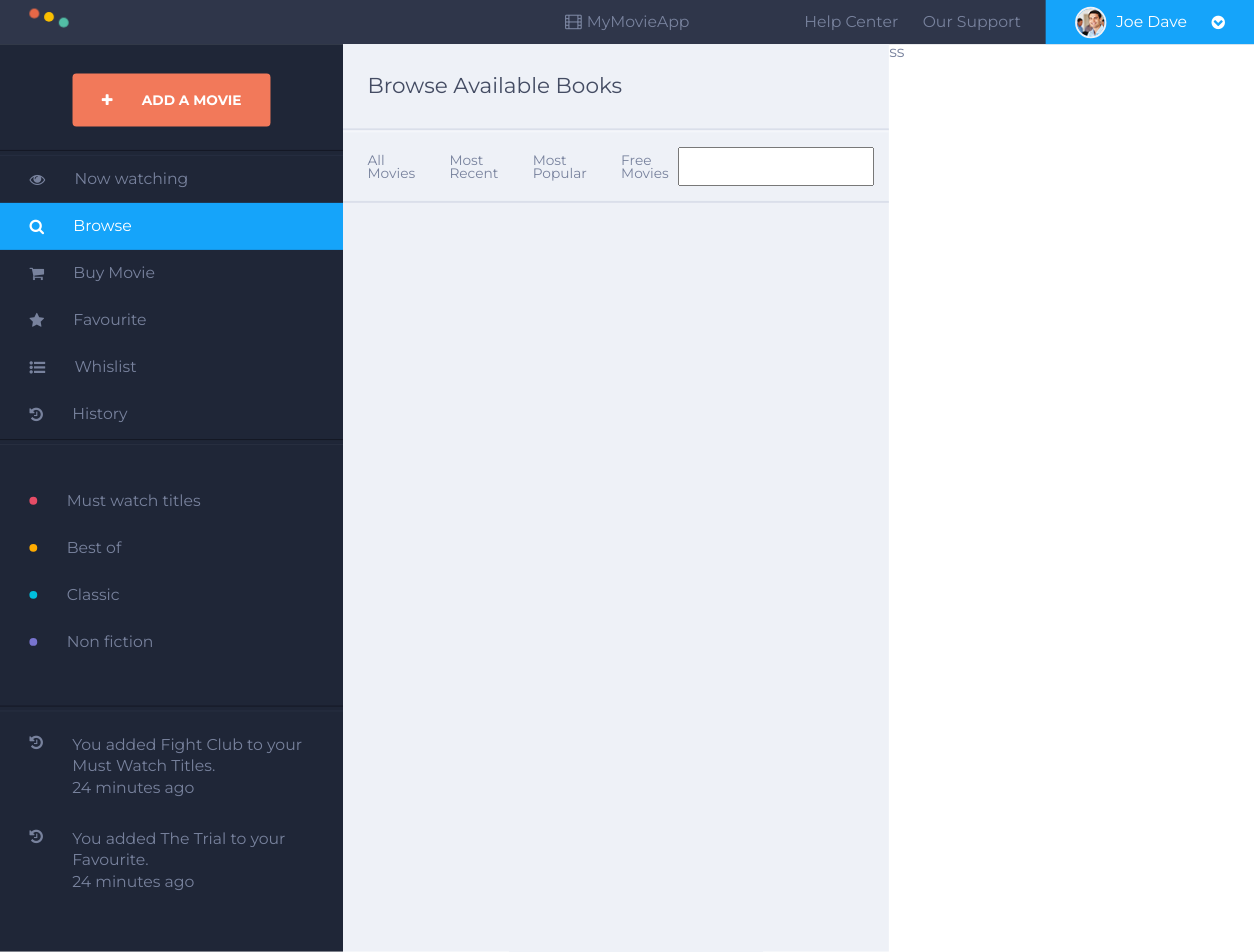
Repository: zyng/movie
Page: /
The author's editor kept a copy of each file at every save. The page is drawn from the files as they stood at one save, then again after the next save.
The browser window is 1280 px wide. The pictures show the whole page, at 98% of full size.
Some web libraries are served in a nearby version. The project was rebuilt for these pictures with package versions that can differ from the ones it lists, and the page was loaded fresh each time.

Above is the page before, as saved 2019-01-16 23:48:27.

### public/index.html
<!DOCTYPE html>
<html lang="en">

<head>
  <meta charset="UTF-8">
  <meta name="viewport" content="width=device-width, initial-scale=1.0">
  <meta http-equiv="X-UA-Compatible" content="ie=edge">
  <title>Document</title>
  <!-- <link rel="stylesheet" href="https://maxcdn.bootstrapcdn.com/bootstrap/4.0.0/css/bootstrap.min.css" integrity="sha384-Gn5384xqQ1aoWXA+058RXPxPg6fy4IWvTNh0E263XmFcJlSAwiGgFAW/dAiS6JXm"
    crossorigin="anonymous"> -->

  <link href="https://fonts.googleapis.com/css?family=Montserrat:400,700&amp;subset=latin-ext" rel="stylesheet">

</head>

<body>
  <div id="root"></div>





  <script src="https://code.jquery.com/jquery-3.2.1.slim.min.js" integrity="sha384-KJ3o2DKtIkvYIK3UENzmM7KCkRr/rE9/Qpg6aAZGJwFDMVNA/GpGFF93hXpG5KkN"
    crossorigin="anonymous"></script>
  <script src="https://cdnjs.cloudflare.com/ajax/libs/popper.js/1.12.9/umd/popper.min.js" integrity="sha384-ApNbgh9B+Y1QKtv3Rn7W3mgPxhU9K/ScQsAP7hUibX39j7fakFPskvXusvfa0b4Q"
    crossorigin="anonymous"></script>
  <script src="https://maxcdn.bootstrapcdn.com/bootstrap/4.0.0/js/bootstrap.min.js" integrity="sha384-JZR6Spejh4U02d8jOt6vLEHfe/JQGiRRSQQxSfFWpi1MquVdAyjUar5+76PVCmYl"
    crossorigin="anonymous"></script>
</body>

</html>

### src/index.js
import React from 'react';
import ReactDOM from 'react-dom';
import App from './components/App';
import 'bootstrap/dist/css/bootstrap.min.css';
import './css/style.css';
import 'font-awesome/css/font-awesome.min.css';
import * as serviceWorker from './serviceWorker';

ReactDOM.render(<App />, document.getElementById('root'));

serviceWorker.unregister();

### src/components/App.js
import React, { Component } from 'react';

import Header from './Header/Header';
import Navigation from './Navigation/Navigation';
import MainContent from './Main/Main';


class App extends Component {


  render() {
    return (
      <>
        <Header />

        <main>
          <Navigation />
          <MainContent />
        </main>

      </>
    );
  }
}

export default App;

### src/css/style.css
/* http://meyerweb.com/eric/tools/css/reset/
   v2.0 | 20110126
   License: none (public domain)
*/
html, body, div, span, applet, object, iframe, h1, h2, h3, h4, h5, h6, p, blockquote, pre, a, abbr, acronym, address, big, cite, code, del, dfn, em, img, ins, kbd, q, s, samp, small, strike, strong, sub, sup, tt, var, b, u, i, center, dl, dt, dd, ol, ul, li, fieldset, form, label, legend, table, caption, tbody, tfoot, thead, tr, th, td, article, aside, canvas, details, embed, figure, figcaption, footer, header, hgroup, menu, nav, output, ruby, section, summary, time, mark, audio, video { margin: 0; padding: 0; border: 0; font-size: 100%; font: inherit; vertical-align: baseline; }

/* HTML5 display-role reset for older browsers */
article, aside, details, figcaption, figure, footer, header, hgroup, menu, nav, section { display: block; }

body { line-height: 1; }

ol, ul { list-style: none; }

blockquote, q { quotes: none; }

blockquote:before, blockquote:after { content: ''; content: none; }

q:before, q:after { content: ''; content: none; }

table { border-collapse: collapse; border-spacing: 0; }

.header { display: -webkit-box; display: -ms-flexbox; display: flex; height: 45px; background-color: #2f364a; -webkit-box-align: center; -ms-flex-align: center; align-items: center; }

.header__logo { position: absolute; left: 30px; display: -webkit-box; display: -ms-flexbox; display: flex; }

.header__logo div { width: 10px; height: 10px; border-radius: 5px; -webkit-animation: jump .6s infinite; animation: jump .6s infinite; }

.header__logo div:not(:last-child) { margin-right: 5px; }

.header__logo .header__logo--red { background-color: #e76847; }

.header__logo .header__logo--yellow { background-color: #fabf00; -webkit-animation-delay: .1s; animation-delay: .1s; }

.header__logo .header__logo--green { background-color: #52bea6; -webkit-animation-delay: .2s; animation-delay: .2s; }

.header__title { position: absolute; left: 50%; -webkit-transform: translateX(-50%); -ms-transform: translateX(-50%); transform: translateX(-50%); }

.header__title i { margin-right: 5px; }

.header__title i:before { font-size: 16px; }

@media screen and (max-width: 1279px) { .header__title { position: static; margin-left: 140px; } }

.header__nav { position: absolute; right: 0; display: -webkit-box; display: -ms-flexbox; display: flex; -webkit-box-align: center; -ms-flex-align: center; align-items: center; }

.header__nav a { text-decoration: none; }

.header__nav > a { color: #78829d; position: relative; }

.header__nav > a:hover::after { content: ''; position: absolute; top: 50%; -webkit-transform: translateY(-50%); -ms-transform: translateY(-50%); transform: translateY(-50%); right: -15px; width: 8px; height: 8px; border-radius: 50%; background-color: rgba(25, 32, 46, 0.7); }

.header__nav .profile { padding: 0 30px; background-color: #15a4fa; height: 45px; display: -webkit-box; display: -ms-flexbox; display: flex; -webkit-box-align: center; -ms-flex-align: center; align-items: center; }

.header__nav .profile a { display: -webkit-box; display: -ms-flexbox; display: flex; -webkit-box-align: center; -ms-flex-align: center; align-items: center; }

.header__nav .profile__logo { width: 32px; height: 32px; border-radius: 16px; border: 2px solid #eef1f7; margin-right: 10px; }

.header__nav .profile__logo img { -o-object-fit: cover; object-fit: cover; width: 100%; height: 100%; border-radius: 50%; }

.header__nav .profile__name { color: #fff; }

.header__nav .profile i { margin-left: 25px; color: #fff; }

.header__nav > a { margin-right: 25px; }

@-webkit-keyframes jump { 0% { -webkit-transform: translateY(0); transform: translateY(0); }
  50% { -webkit-transform: translateY(-10px); transform: translateY(-10px); }
  100% { -webkit-transform: translateY(0); transform: translateY(0); } }

@keyframes jump { 0% { -webkit-transform: translateY(0); transform: translateY(0); }
  50% { -webkit-transform: translateY(-10px); transform: translateY(-10px); }
  100% { -webkit-transform: translateY(0); transform: translateY(0); } }

.menu { left: 0; background-color: #1f2637; min-height: 100vh; max-width: 350px; }

.menu__new-movie { display: -webkit-box; display: -ms-flexbox; display: flex; -webkit-box-pack: center; -ms-flex-pack: center; justify-content: center; -webkit-box-align: center; -ms-flex-align: center; align-items: center; padding: 30px 0; position: relative; }

.menu__new-movie button { min-width: 200px; padding: 20px 30px; border-radius: 4px; background-color: #f2795a; border: none; outline: none; color: #fff; text-transform: uppercase; font-weight: 700; font-size: 14px; }

.menu__new-movie button i { margin-right: 30px; }

.menu__new-movie button:hover { cursor: pointer; }

.menu__new-movie::after { content: ''; height: 6px; width: 100%; position: absolute; bottom: 0; border-bottom: 1px solid rgba(120, 130, 157, 0.1); border-top: 1px solid #141824; }

.menu__movie-search { display: -webkit-box; display: -ms-flexbox; display: flex; -webkit-box-orient: vertical; -webkit-box-direction: normal; -ms-flex-direction: column; flex-direction: column; padding: 0; position: relative; -webkit-box-sizing: border-box; box-sizing: border-box; }

.menu__movie-search a { height: 48px; width: 100%; display: -webkit-box; display: -ms-flexbox; display: flex; -webkit-box-align: center; -ms-flex-align: center; align-items: center; padding-left: 30px; }

.menu__movie-search a.active { background-color: #15a4fa; color: #fff; }

.menu__movie-search a:hover:not(.active) { background-color: #2f364a; color: #fff; }

.menu__movie-search i { margin-right: 30px; }

.menu__movie-search::after { content: ''; height: 6px; width: 100%; position: absolute; bottom: -7px; border-bottom: 1px solid rgba(120, 130, 157, 0.1); border-top: 1px solid #141824; }

.menu__personal-categories { display: -webkit-box; display: -ms-flexbox; display: flex; -webkit-box-orient: vertical; -webkit-box-direction: normal; -ms-flex-direction: column; flex-direction: column; position: relative; padding: 40px 0; -webkit-box-sizing: border-box; box-sizing: border-box; }

.menu__personal-categories a { padding-left: 30px; display: -webkit-box; display: -ms-flexbox; display: flex; -webkit-box-align: center; -ms-flex-align: center; align-items: center; height: 48px; }

.menu__personal-categories a::before { content: ''; width: 8px; height: 8px; position: relative; border-radius: 50%; display: block; margin-right: 30px; }

.menu__personal-categories a:nth-child(1)::before { background-color: #e64c66; }

.menu__personal-categories a:nth-child(2)::before { background-color: #ffab00; }

.menu__personal-categories a:nth-child(3)::before { background-color: #00bfdd; }

.menu__personal-categories a:nth-child(4)::before { background-color: #7874cf; }

.menu__personal-categories a:hover { background-color: #2f364a; }

.menu__personal-categories::after { content: ''; height: 6px; width: 100%; position: absolute; bottom: -7px; border-bottom: 1px solid rgba(120, 130, 157, 0.1); border-top: 1px solid #141824; }

.menu__history { display: -webkit-box; display: -ms-flexbox; display: flex; -webkit-box-orient: vertical; -webkit-box-direction: normal; -ms-flex-direction: column; flex-direction: column; padding: 30px; }

.menu__history .history__notification { display: -webkit-box; display: -ms-flexbox; display: flex; margin-bottom: 30px; font-weight: 300; }

.menu__history .history__notification i { margin-right: 30px; }

.menu__history .history__notification .notification__description { display: -webkit-box; display: -ms-flexbox; display: flex; -webkit-box-orient: vertical; -webkit-box-direction: normal; -ms-flex-direction: column; flex-direction: column; line-height: 22px; }

.menu__history .history__notification .notification__description span { font-weight: 500; }

.main__content { width: 100%; }

.main__header { background-color: #eef1f7; }

.main__header .main__title { font-size: 22px; line-height: 26px; color: #444c63; padding: 30px 0 30px 25px; border-bottom: 2px solid #dadfea; }

.main__actions-bar { padding: 15px; border-top: 2px solid #f4f6fa; display: -webkit-box; display: -ms-flexbox; display: flex; -webkit-box-pack: justify; -ms-flex-pack: justify; justify-content: space-between; border-bottom: 2px solid #dadfea; }

.main__actions-bar .main__filters { display: -webkit-box; display: -ms-flexbox; display: flex; }

.main__actions-bar .main__filters li:not(:last-child) { margin-right: 15px; }

.main__actions-bar .main__filters li { font-size: 14px; font-weight: 500; padding: 6px 10px; -webkit-transition: background-color .3s; -o-transition: background-color .3s; transition: background-color .3s; display: -webkit-box; display: -ms-flexbox; display: flex; -webkit-box-align: center; -ms-flex-align: center; align-items: center; border-radius: 10px; }

.main__actions-bar .main__filters li.active, .main__actions-bar .main__filters li:hover { cursor: pointer; background-color: #97b3ce; color: #fff; }

.main__actions-bar label { position: relative; }

.main__actions-bar label input { padding: 8px 15px; width: 200px; border-radius: 16px; background-color: #ffffff; border: 1px solid rgba(140, 151, 178, 0.4); font-size: 14px; -o-text-overflow: ellipsis; text-overflow: ellipsis; padding-right: 50px; -webkit-transition: width .3s; -o-transition: width .3s; transition: width .3s; }

.main__actions-bar label input::-webkit-input-placeholder { /* Chrome, Firefox, Opera, Safari 10.1+ */ color: #8c97b2; opacity: 1; /* Firefox */ }

.main__actions-bar label input:-ms-input-placeholder { /* Chrome, Firefox, Opera, Safari 10.1+ */ color: #8c97b2; opacity: 1; /* Firefox */ }

.main__actions-bar label input::-ms-input-placeholder { /* Chrome, Firefox, Opera, Safari 10.1+ */ color: #8c97b2; opacity: 1; /* Firefox */ }

.main__actions-bar label input::placeholder { /* Chrome, Firefox, Opera, Safari 10.1+ */ color: #8c97b2; opacity: 1; /* Firefox */ }

.main__actions-bar label input:-ms-input-placeholder { /* Internet Explorer 10-11 */ color: #8c97b2; }

.main__actions-bar label input::-ms-input-placeholder { /* Microsoft Edge */ color: #8c97b2; }

.main__actions-bar label input:focus { outline: none; width: 400px; }

.main__actions-bar label i { position: absolute; right: 10px; top: 50%; -webkit-transform: translateY(-50%); -ms-transform: translateY(-50%); transform: translateY(-50%); }

.movies { display: -webkit-box; display: -ms-flexbox; display: flex; -ms-flex-wrap: wrap; flex-wrap: wrap; width: 100%; padding: 30px 0 0 30px; }

.movie { margin-right: 2%; margin-bottom: 2%; width: 18%; }

.movie__content { position: relative; overflow: hidden; }

.movie__content img { width: 100%; height: 400px; -o-object-fit: cover; object-fit: cover; }

.movie__content .movie__rate { display: -webkit-box; display: -ms-flexbox; display: flex; -webkit-box-orient: vertical; -webkit-box-direction: normal; -ms-flex-direction: column; flex-direction: column; position: absolute; bottom: 10%; left: 50%; -webkit-transform: translateX(-50%); -ms-transform: translateX(-50%); transform: translateX(-50%); width: 100%; -webkit-box-pack: center; -ms-flex-pack: center; justify-content: center; -webkit-box-align: center; -ms-flex-align: center; align-items: center; }

.movie__content .movie__rate span { font-weight: 700; color: #fff; margin-bottom: 10px; }

.movie__content:hover .movie__actions { display: block; }

.movie__content:hover .movie__action a { -webkit-animation: entry .6s; animation: entry .6s; -webkit-animation-fill-mode: forwards; animation-fill-mode: forwards; }

.movie__content:hover .movie__action:nth-child(2) a { -webkit-animation-delay: .2s; animation-delay: .2s; }

.movie__content:hover .movie__action:nth-child(3) a { -webkit-animation-delay: .4s; animation-delay: .4s; }

.movie__content:hover .movie__action:nth-child(4) a { -webkit-animation-delay: .6s; animation-delay: .6s; }

.movie__content .movie__actions { position: absolute; top: 0; left: 0; width: 100%; height: 100%; z-index: 1; display: none; }

.movie__content .movie__actions .movie__add { position: absolute; top: 10px; left: 20px; display: -webkit-box; display: -ms-flexbox; display: flex; -webkit-box-orient: vertical; -webkit-box-direction: normal; -ms-flex-direction: column; flex-direction: column; }

.movie__content .movie__actions .movie__goto { position: absolute; top: 60%; left: 50%; -webkit-transform: translate(-50%, -50%); -ms-transform: translate(-50%, -50%); transform: translate(-50%, -50%); border: 1px solid #78829d; background-color: #2f364a; border-radius: 10px; padding: 7px 25px; white-space: nowrap; -webkit-transition: .3s all; -o-transition: .3s all; transition: .3s all; font-weight: 700; }

.movie__content .movie__actions .movie__goto:hover { background-color: #fff; color: #2f364a; }

.movie__content .movie__action { -webkit-box-align: center; -ms-flex-align: center; align-items: center; margin-bottom: 25px; cursor: pointer; display: -webkit-box; display: -ms-flexbox; display: flex; position: relative; }

.movie__content .movie__action:nth-child(1) a { background-color: #e64c66; }

.movie__content .movie__action:nth-child(2) a { background-color: #ffab00; }

.movie__content .movie__action:nth-child(3) a { background-color: #00bfdd; }

.movie__content .movie__action:nth-child(4) a { background-color: #7874cf; }

.movie__content .movie__action a { display: block; width: 20px; height: 20px; border-radius: 50%; margin-right: 20px; position: relative; left: -50px; }

.movie__content .movie__action:hover span { width: 160px; }

.movie__content .movie__action span { width: 0; overflow: hidden; color: #fff; -webkit-transition: .3s all; -o-transition: .3s all; transition: .3s all; white-space: nowrap; font-weight: 500; }

.movie__content:hover::after { content: ''; position: absolute; top: 0; left: 0; width: 100%; height: 100%; background-color: rgba(0, 0, 0, 0.7); }

.movie__description { display: -webkit-box; display: -ms-flexbox; display: flex; -webkit-box-pack: justify; -ms-flex-pack: justify; justify-content: space-between; padding-top: 15px; }

.movie__title-category { display: -webkit-box; display: -ms-flexbox; display: flex; -webkit-box-orient: vertical; -webkit-box-direction: normal; -ms-flex-direction: column; flex-direction: column; }

.movie__title-category .movie__title { font-weight: 700; margin-bottom: 8px; }

.movie__title-category .movie__category { font-weight: 100; }

.movie .movie__rating { font-weight: 700; font-size: 30px; margin-right: 10px; color: #f2795a; }

@-webkit-keyframes entry { 0% { left: -50px; }
  100% { left: 0; } }

@keyframes entry { 0% { left: -50px; }
  100% { left: 0; } }

body { color: #78829d; font-family: "Montserrat", sans-serif; font-size: 16px; }

a { color: #78829d; }

a:hover { color: #78829d; text-decoration: none; }

main { display: -webkit-box; display: -ms-flexbox; display: flex; }

### src/components/Header/Header.js
import React, { Component } from 'react';
import avatar from '../../img/avatar-01.png';

class Header extends Component {




    render() {
        return (
            <header class='header'>
                <a href="/" className="header__logo">
                    <div className="header__logo--red"></div>
                    <div className="header__logo--yellow"></div>
                    <div className="header__logo--green"></div>
                </a>
                <div className="header__title">
                    <i className="fa fa-film"></i>
                    <span>MyMovieApp</span>
                </div>
                <nav className="header__nav">
                    <a href="/">Help Center</a>
                    <a href="/">Our Support</a>
                    <div className="profile">
                        <a href="/">
                            <div className="profile__logo"><img src={avatar} alt="user avatar" /></div>
                            <div className="profile__name">Joe Dave</div>
                            <i class="fa fa-chevron-circle-down"></i>
                        </a>
                    </div>
                </nav>

            </header>
        );
    }
}

export default Header;

### src/components/Navigation/Navigation.js
import React, { Component } from 'react';


class Navigation extends Component {


    render() {
        return (
            <aside class="menu">
                <div className="menu__new-movie">
                    <button><i class="fa fa-plus"></i>Add a movie</button>
                </div>
                <nav class="menu__movie-search">
                    <a href="/"><i class="fa fa-eye"></i>Now watching</a>
                    <a href="/" class="active"><i class="fa fa-search"></i>Browse</a>
                    <a href="/"><i class="fa fa-shopping-cart"></i>Buy Movie</a>
                    <a href="/"><i class="fa fa-star"></i>Favourite</a>
                    <a href="/"><i class="fa fa-list-ul"></i>Whislist</a>
                    <a href="/"><i class="fa fa-history"></i>History</a>
                </nav>

                <div class="menu__personal-categories">
                    <a href="/">Must watch titles</a>
                    <a href="/">Best of</a>
                    <a href="/">Classic</a>
                    <a href="/">Non fiction</a>
                </div>

                <div className="menu__history">
                    <div className="history__notification">
                        <i class="fa fa-history"></i>
                        <div className="notification__description">
                            <div className="notification__text">You added <span>Fight Club</span> to your <span>Must Watch Titles</span>.</div>
                            <div className="notification__time">24 minutes ago</div>
                        </div>
                    </div>
                    <div className="history__notification">
                        <i class="fa fa-history"></i>
                        <div className="notification__description">
                            <div className="notification__text">You added <span>The Trial</span> to your <span>Favourite</span>.</div>
                            <div className="notification__time">24 minutes ago</div>
                        </div>
                    </div>
                </div>
            </aside>
        );
    }
}

export default Navigation;

### src/components/Main/Main.js
import React, { Component } from 'react';

class MainContent extends Component {



    render() {
        return (


            <main>


                <header className="main__header">
                    <div className="main__title">Browse Available Books</div>
                    <div className="main__actions-bar">
                        <ul className="main__filters">
                            <li>All Movies</li>
                            <li>Most Recent</li>
                            <li>Most Popular</li>
                            <li>Free Movies</li>
                        </ul>
                        <input type="text" className="main__movie-search" />
                    </div>
                </header>

                <section className="main__content">

                    <div className="main__movies">

                        ss
                    </div>

                </section>
            </main>



        );
    }
}

export default MainContent;

Loaded but not shown: src/serviceWorker.js (common file)

After the next save:
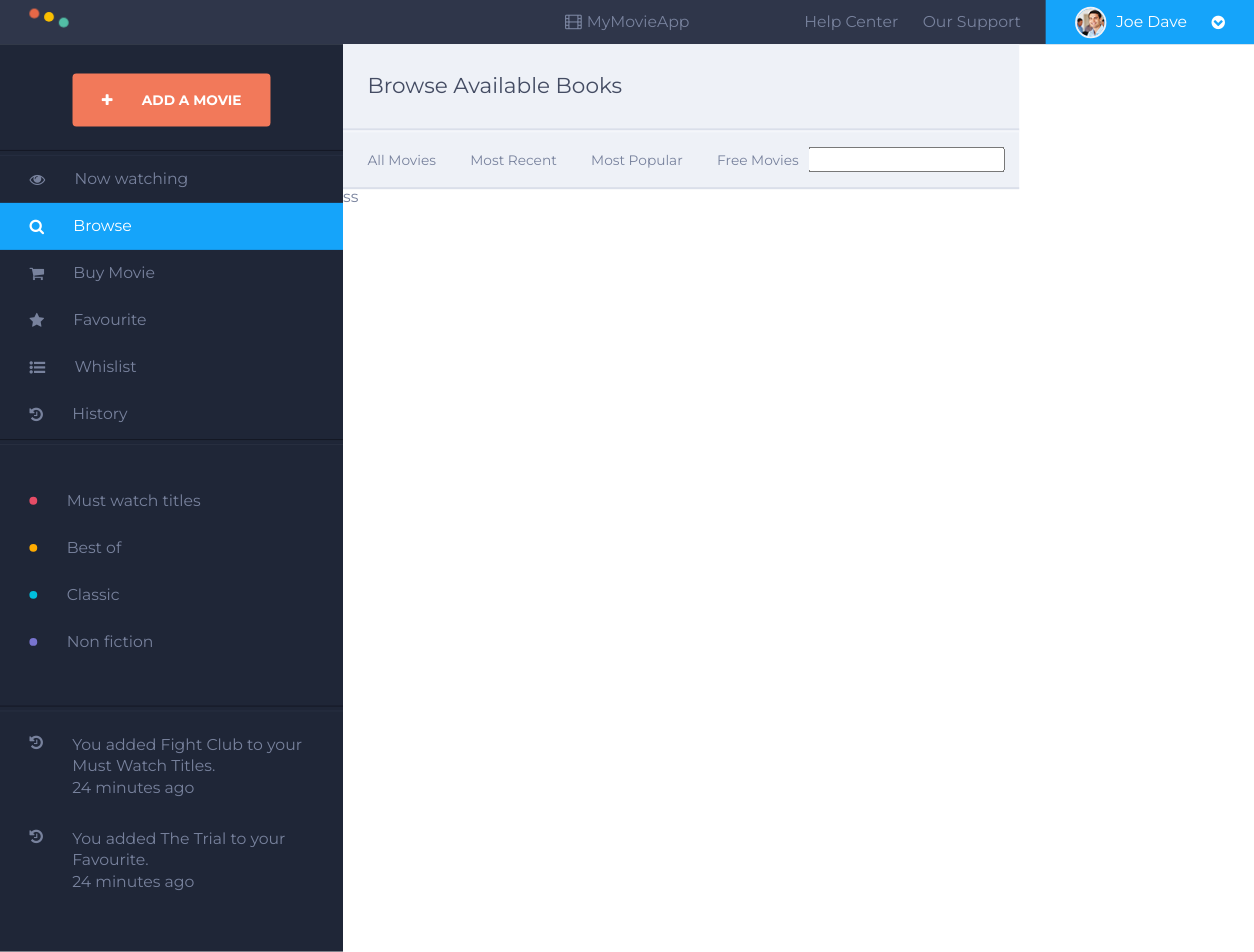
Saved 8 s later.
--- a/src/components/Main/Main.js
+++ b/src/components/Main/Main.js
@@ -8,7 +8,7 @@
         return (
 
 
-            <main>
+            <section>
 
 
                 <header className="main__header">
@@ -32,7 +32,7 @@
                     </div>
 
                 </section>
-            </main>
+            </section>
 
 
 
